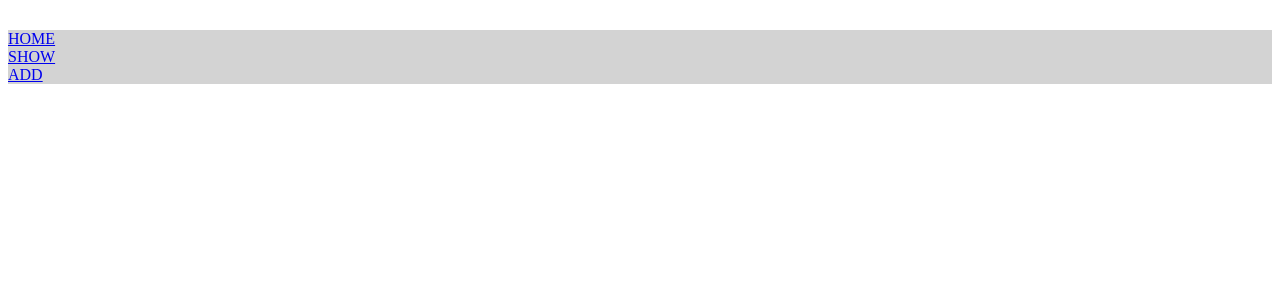
Repository: jalaj2123/SPRING-ORM
Page: Webap/src/main/webapp/home.html
An editor plug-in stored every save of this project. The page is shown before and after the next save, followed by the edit.
The browser window is 1280 px wide. The pictures show the whole page.

Above is the page before, as saved 2022-03-16 12:49:27.

### Webap/src/main/webapp/home.html
<!DOCTYPE html>
<html>
<head>
<meta charset="ISO-8859-1">
<title>Insert title here</title>

<style>
ul {
  list-style-type: none;
  margin: 0;
  padding: 0px;
  overflow: hidden;
  background-color: lightgray;
}


</style>
</head>
<body>
<marquee behavior="scroll" direction="right">MVC,MAVEN</marquee>
<ul>
<li><a href="home.html">HOME</a></li>
<li><a href="index.jsp">SHOW</a></li>
<li><a href="Insert">ADD</a></li>
</ul>
</body>
</html>

After the next save:
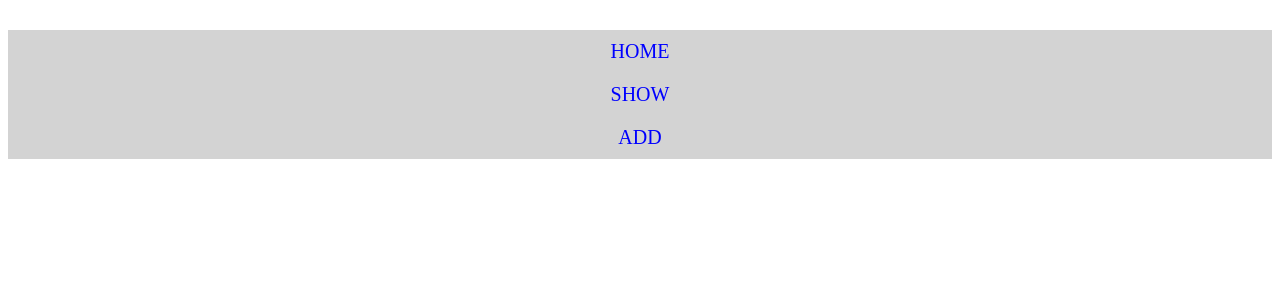
Saved 2 min 59 s later.
--- a/Webap/src/main/webapp/home.html
+++ b/Webap/src/main/webapp/home.html
@@ -5,12 +5,30 @@
 <title>Insert title here</title>
 
 <style>
-ul {
+ul
+{
   list-style-type: none;
   margin: 0;
   padding: 0px;
   overflow: hidden;
   background-color: lightgray;
+}
+li a {
+  display: block;
+  color: blue;
+ font-size:20px;
+  text-align: center;
+  padding: 10px 20px;
+  text-decoration: none;
+}
+  li
+   {
+  float: center;
+}
+li a:hover
+{
+  background-color: orange;
+  color: white;
 }
 
 
